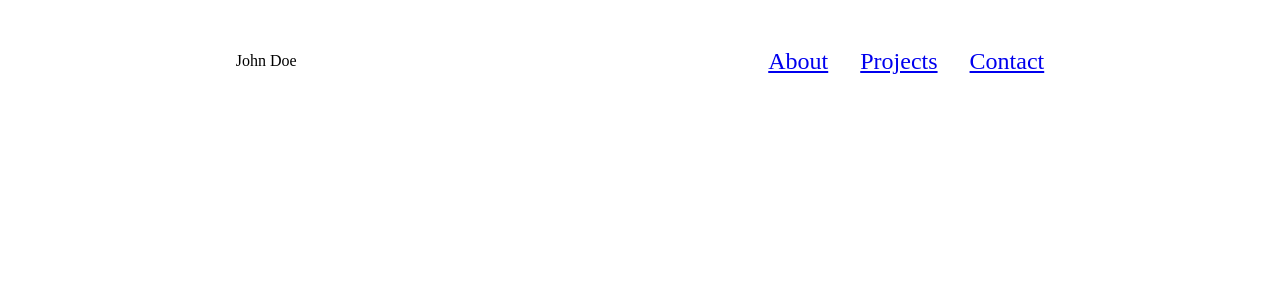
Repository: oliverli1728/portfolio
Page: index.html
These files come from the project's save history. The page is drawn as it stood at one moment and after the next save; the edit follows.
The browser window is 1280 px wide. The pictures show the whole page.
Some web fonts or font styles are not loaded; a fallback is used.

Above is the page before, as saved 2025-09-25 19:54:38.

After the next save:
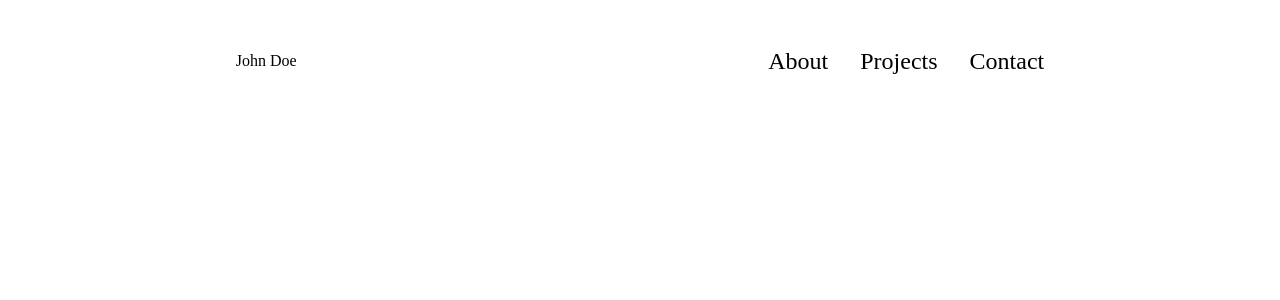
Saved 119 s later.
--- a/style.css
+++ b/style.css
@@ -46,3 +46,15 @@ nav {
     list-style: none;
     font-size: 1.5rem;
 }
+
+a {
+    color: black;
+    text-decoration: none;
+    text-decoration-color: white;
+}
+
+a:hover {
+    color: grey;
+    text-decoration: underline;
+    text-underline-offset: 1rem;
+}
